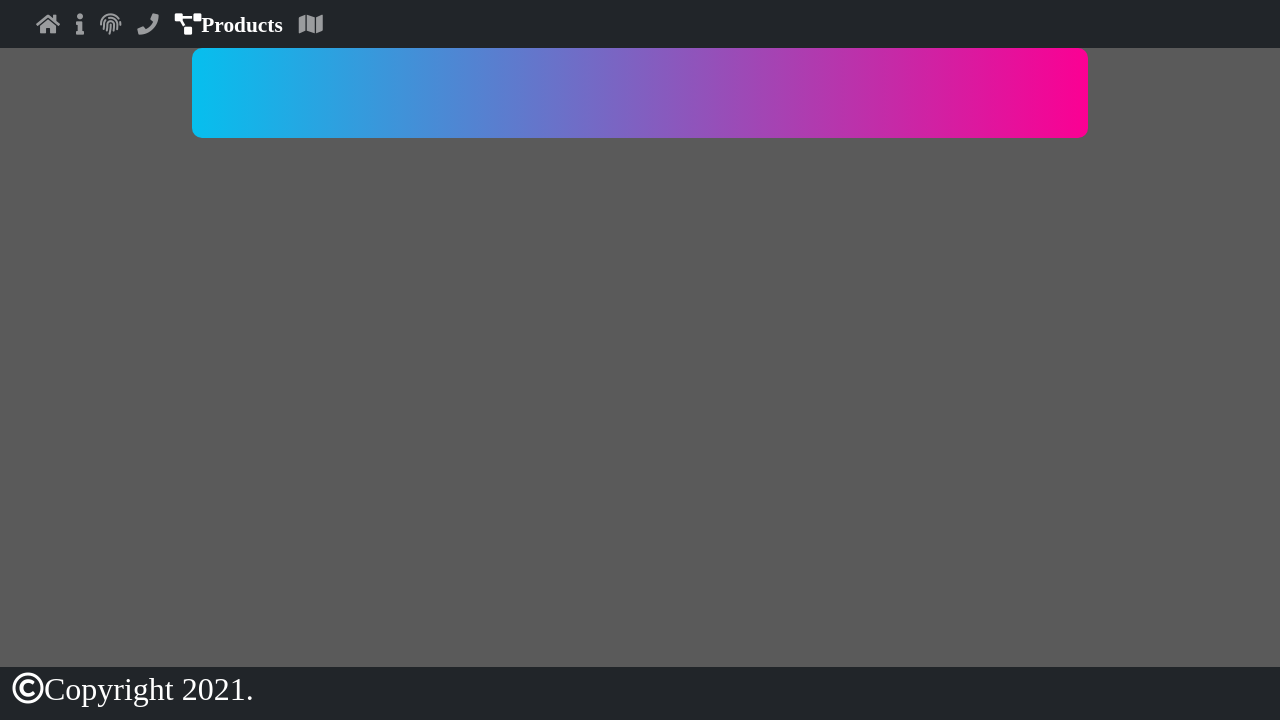
Repository: vans12345678/WEBD6201-W2021-Lab1
Page: projects.html
The author's editor kept a copy of each file at every save. The page is drawn from the files as they stood at one save, then again after the next save.
The browser window is 1280 px wide. The pictures show the whole page.

Above is the page before, as saved 2021-02-02 16:23:02.

### projects.html
<!DOCTYPE html>
<html lang="en">
<head>
    <meta charset="UTF-8">
    <meta name="viewport" content="width=device-width, initial-scale=1.0">
    <title>Projects</title>

    <!-- CSS Section -->
    <link rel="stylesheet" href="./node_modules/bootstrap/dist/css/bootstrap.min.css">
    <link rel="stylesheet" href="./node_modules/@fortawesome/fontawesome-free/css/all.min.css">
    <link rel="stylesheet" href="./Content/app.css">
</head>
<body>
  <!-- Main Header -->
    <header>
      <!-- Main Navigation -->
        <nav class="navbar navbar-expand-lg navbar-dark bg-dark">
            <div class="container-fluid">
              <a id ="navHome" class="navbar-brand" href="index.html"></a>
              <button class="navbar-toggler" type="button" data-bs-toggle="collapse" data-bs-target="#navbarSupportedContent" aria-controls="navbarSupportedContent" aria-expanded="false" aria-label="Toggle navigation">
                <span class="navbar-toggler-icon"></span>
              </button>
              <div class="collapse navbar-collapse" id="navbarSupportedContent">
                <ul class="navbar-nav me-auto mb-2 mb-lg-0">
                  <li class="nav-item">
                    <a id = "navIndex" class="nav-link fas fa-home fa-lg" aria-current="page" href="index.html"></a>
                  </li>
                  <li class="nav-item">
                    <a id = "navAbout" class="nav-link fas fa-info fa-lg" aria-current="page" href="about.html"></a>
                  </li>
                  <li class="nav-item">
                    <a id = "navHumanResources" class="nav-link fas fa-fingerprint fa-lg" aria-current="page" href="human-resources.html"></a>
                  </li>
                  <li class="nav-item">
                    <a id = "navContact" class="nav-link fas fa-phone fa-lg" aria-current="page" href="contact.html"></a>
                  </li>
                  <li class="nav-item">
                    <a id = "navProjects" class="nav-link fas active fa-project-diagram fa-lg" aria-current="page" href="projects.html">Products</a>
                  </li>
                  <li class="nav-item">
                    <a id = "navServices" class="nav-link fas fa-map fa-lg" aria-current="page" href="services.html"></a>
                  </li>
                </ul>
              </div>
            </div>
          </nav>
    </header>
    <!-- Main Contents -->
    <main>
        <h1 id = "projectsTitle" class ="container"></h1>
        </br>
        <p id="projectsDescription" class = "fa-lg"></p>
        <!-- <img src="../images/p1.PNG" alt="" style="width:800px;height:500px;"> -->
        <!-- </br>
        <h1 id="p2"></h1>
        </br>
        <p id="p2Description" class = "fa-lg"></p>
        <img src="../images/p2.PNG" alt="" style="width:1000px;height:800px;">
        </br>
        <h1 id="p3"></h1>
        </br>
        <p id="p3Description" class = "fa-lg"></p>
        <img src="../images/p3.PNG" alt="" style="width:1000px;height:800px;"> -->
    </main>
    <p></p>
    <!-- Main Footer -->
    <footer>
      <nav class="navbar fixed-bottom navbar-dark bg-dark">
          <div class="container-fluid">
              <h4><i class="far fa-copyright fa-lg site-footer">Copyright 2021.</i></h4>
          </div>
        </nav>
  </footer>
    <!-- Script Section -->
    <script src="./node_modules/jquery/dist/jquery.min.js"></script>
    <script src="./node_modules/bootstrap/dist/js/bootstrap.bundle.min.js"></script>
    <script src="./Scripts/app.js"></script>
</body>
</html>

### Content/app.css
/* custom css goes here */
.Vapor {
    background-image: url('../images/vapor.jpg');
    background-repeat: no-repeat;
    background-attachment: fixed;
    background-size: 100% 100%;
  }
  a {
    color: greenyellow;
  }
  body
  {
    background-color: rgb(90, 90, 90);
  }
  h1.container{
    border-radius: 10px;
    width: 70%;
    height: 90px;
    margin: 0px auto;
    background: linear-gradient(90deg,#06bfee,#fb0093)
  }
  h1.projects{
    background-color: white;
  }
  .contact-table{
    width: 100%;
    margin:  50px auto;
    background-color: white;
  }
  .contact-form
  {
    width: 100%;
    margin:  100px auto;
  }
  .warnMessage
  {
    width: 90%;
    margin:  50px;
  }
  .site-footer {
    color:white;
  }

### Scripts/app.js
/************************************************************
 * Name: Andre Agrippa, Michai Pryce
 * Date: 01/20/2021
 * Description: This file adds functionality to the Home,
 * About Us, Human Resources, Contact Us, Projects and Services
 * pages.
 * Date Completed:
 */

"use strict";


(function(){

    function DisplayNav()
    {
        let navTextElement = document.getElementById("navHome").textContent = "WEBD 6201";
        navTextElement = document.getElementById("navIndex").textContent = "Home";
        navTextElement = document.getElementById("navAbout").textContent = "About Us";
        navTextElement = document.getElementById("navHumanResources").textContent = "Human Resources";
        navTextElement = document.getElementById("navContact").textContent = "Contact Us";
        navTextElement = document.getElementById("navProjects").textContent = "Projects";
        navTextElement = document.getElementById("navServices").textContent = "Services";
        navTextElement = document.getElementById("footer").textContent = "Copyright 2021.";
    }

    function displayHome()
    {
        DisplayNav();
        let introText = "This is a simple site to demonstrate the specified requirements for Lab 1 WEBD 6201 - Client Side Scripting";
        let titleText = "Welcome to WEBD 6201";

        let introTextElement = document.getElementById("indexTitle").textContent = titleText;
        introTextElement = document.getElementById("indexParagraph").textContent = introText;

    }
    function displayAbout()
    {
        DisplayNav();

        //About Andre
        let aboutElement = document.getElementById("aboutTitle").textContent = "About Us";
        aboutElement = document.getElementById("aboutAText");
        aboutElement.innerHTML = `<h3>Andre Agrippa:</h3>
        <p>I'm a 2nd year student at Durham College in the Computer Programming and Analysis program.</p>
        <a class = "fa-lg" href="andre_resume.pdf" download>Resume Download</a></br>
        <img src="../images/morpheus.JPG" alt="" style="width:500px;height:250px;">`;

    }
    function displayProjects()
    {



        //Assign styles



    }
    function displayServices()
    {
        DisplayNav();
        let s1Header = "Web Development:";
        let s1Text = "We offer a variety of different web development (Front-end, Back-end, Databases). Languages (PHP, ASP.NET, JavaScript)";
        let s2Header = "Service 2:";
        let s2Text = "Service 2 text";
        let s3Header = "Service 3:";
        let s3Text = "Service 3 text";

        //Services 1
        let headerElement = document.getElementById("s1Header").textContent = s1Header;
        let descriptionElement = document.getElementById("s1Description").textContent = s1Text;

        //Service 2
        headerElement = document.getElementById("s2Header").textContent = s2Header;
        descriptionElement = document.getElementById("s2Description").textContent = s2Text;

        //Service 3
        headerElement = document.getElementById("s3Header").textContent = s3Header;
        descriptionElement = document.getElementById("s3Description").textContent = s3Text;


    }
    function displayContact()
    {
        DisplayNav();

        let messageArea = document.getElementById("messageArea");
        messageArea.hidden = true;

        //form validation
        let fullName = document.getElementById("fullName");
        fullName.addEventListener("blur", function()
        {
            if(fullName.value.length < 2)
            {
                fullName.focus();
                fullName.select();
                messageArea.hidden = false;
                messageArea.className = "alert alert-danger warnMessage";
                messageArea.textContent = "Please enter an appropriate name > 2 characters";
            }
            else
            {
                messageArea.removeAttribute("class");
                messageArea.hidden = true;
            }
        });
            let sendButton = document.getElementById("sendButton");
            sendButton.addEventListener("click", function(event)
            {
                //event.preventDefault();
                // //Displays twice?

                let contact = new Contact(fullName.value,contactNumber.value, emailAddress.value, shortMessage.value);

                console.log(contact.serialize());
                if(contact.serialize())
                {
                    localStorage.setItem((localStorage.length + 1).toString(),contact.serialize());
                }
            });
    }
    function displayContactList()
    {
        DisplayNav();
        if(localStorage.length > 0)
        {
            let contactList = document.getElementById("contactList");
            let data = "";

            for (let index = 0; index < localStorage.length; index++)
            {
                let contactData = localStorage.getItem((index + 1).toString());
                let contact = new Contact();

                contact.deserialize(contactData);

                data += `<tr>
                <th scope="row">${index + 1}</th>
                <td>${contact.FullName}</td>
                <td>${contact.ContactNumber}</td>
                <td>${contact.EmailAddress}</td>
                <td>${contact.ShortMessage}</td>
              </tr>`;
            }
            contactList.innerHTML = data;
        }

    }
    function displayHumanResources()
    {
        DisplayNav();
    }

    function Start()
    {
        console.log("App Started...");

        //Based of title of html
        switch(document.title)
        {
            case "Index":
                displayHome();
                break;
            case "About Us":
                displayAbout();
                break;
            case "Projects":
                displayProjects();
                break;
            case "Services":
                displayServices();
                break;
            case "Contact Us":
                displayContact();
                break;
            case "Contact-List":
                displayContactList();
                break;
            case "Human Resources":
                displayHumanResources();
                break;
        }


    }

    window.addEventListener("load", Start);

})();

Loaded but not shown: node_modules/bootstrap/dist/css/bootstrap.min.css (library); node_modules/@fortawesome/fontawesome-free/css/all.min.css (library); node_modules/jquery/dist/jquery.min.js (library); node_modules/bootstrap/dist/js/bootstrap.bundle.min.js (library)

After the next save:
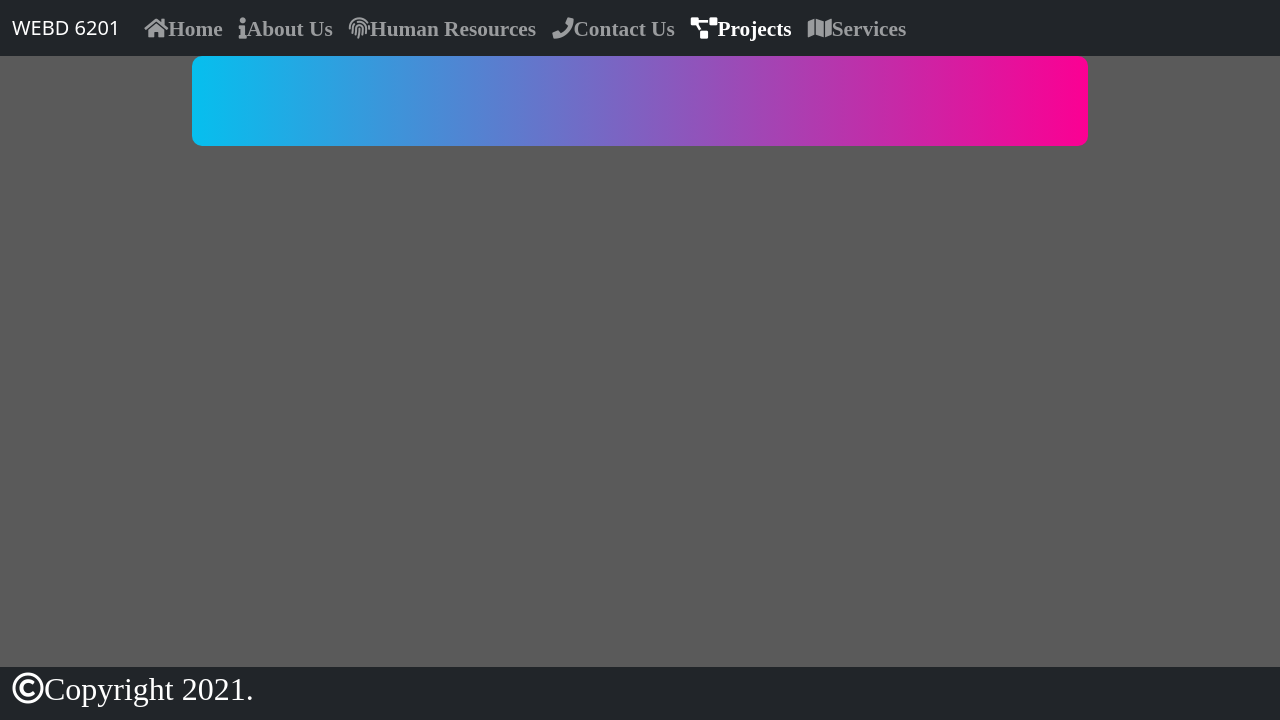
Console error: TypeError: Cannot set properties of null (setting 'textContent')
Saved 27 s later.
--- a/Scripts/app.js
+++ b/Scripts/app.js
@@ -49,13 +49,7 @@
     }
     function displayProjects()
     {
-
-
-
-        //Assign styles
-
-
-
+        DisplayNav();
     }
     function displayServices()
     {

After the save that followed:
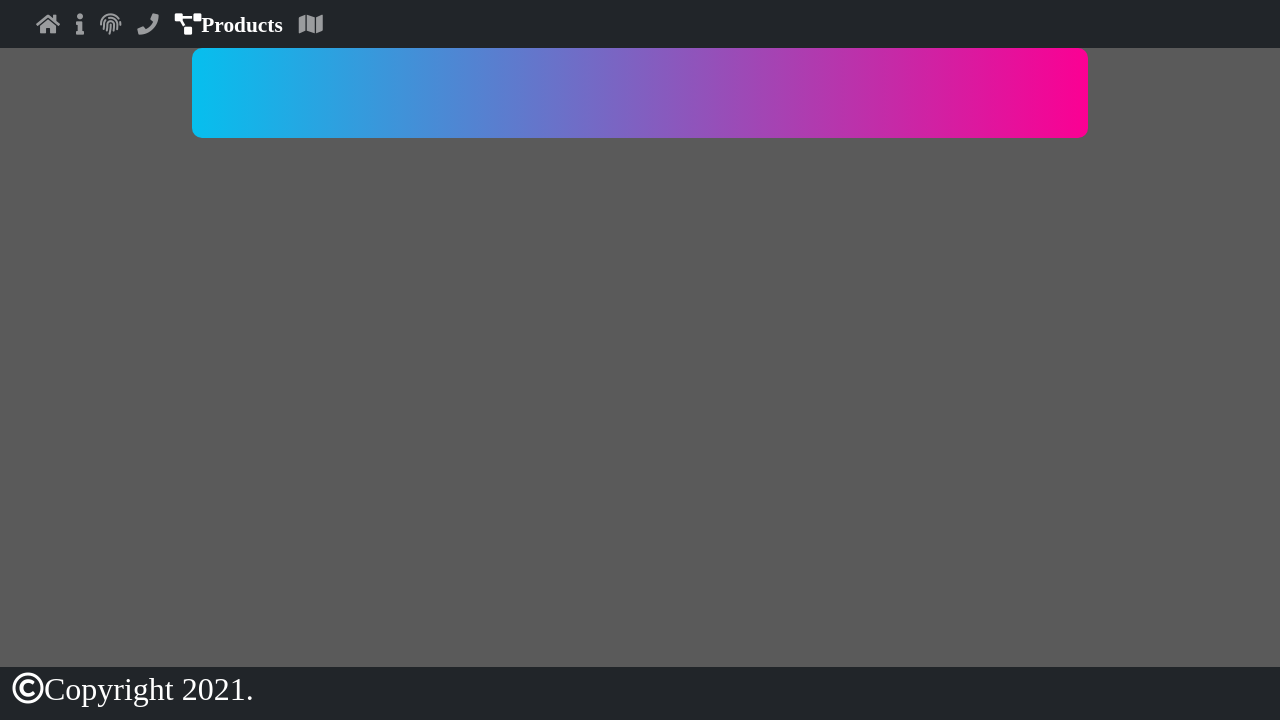
The error is gone.
Saved 4 s later.
--- a/Scripts/app.js
+++ b/Scripts/app.js
@@ -49,7 +49,7 @@
     }
     function displayProjects()
     {
-        DisplayNav();
+        //DisplayNav();
     }
     function displayServices()
     {
